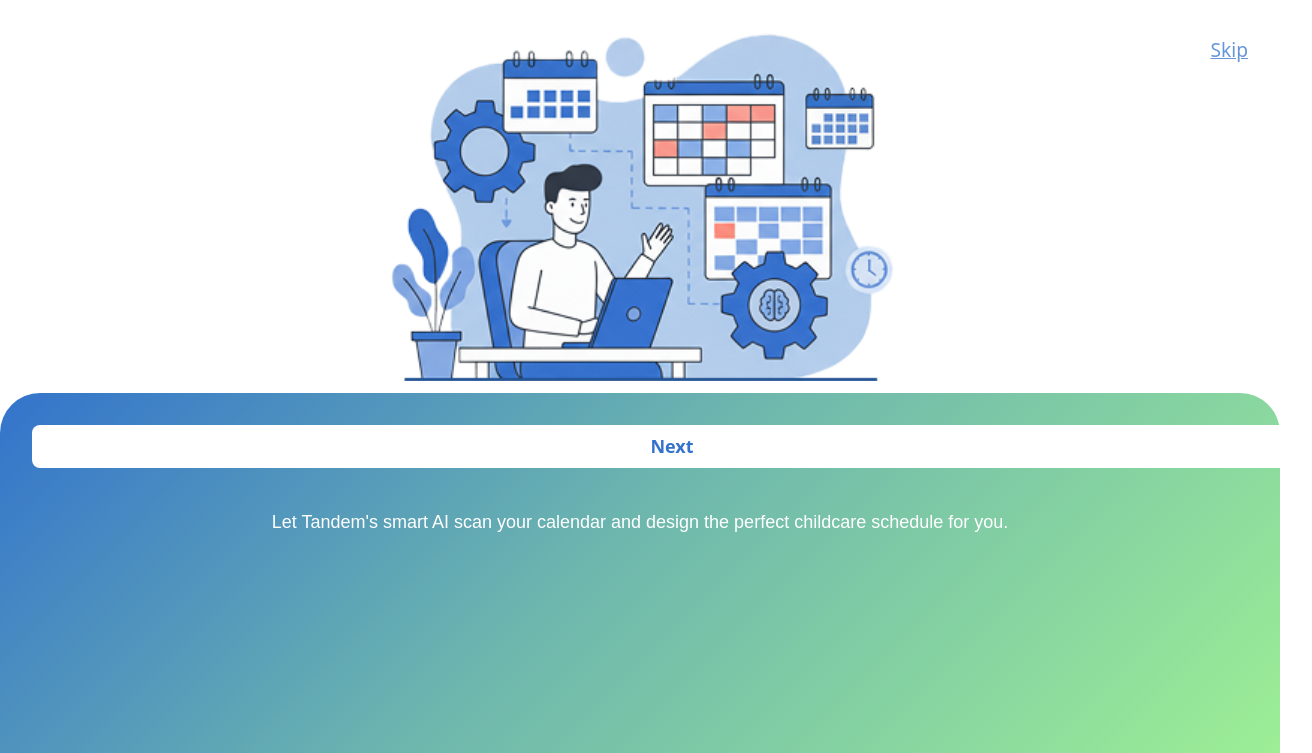
Repository: IDSP-TRADECARE/Tandem
Page: /boarding/features
The author's editor kept a copy of each file at every save. The page is drawn from the files as they stood at one save, then again after the next save.
The browser window is 1280 px wide. The page is 1312 px wide, so the pictures cover 1312 px, including what lies to the right of the window. The pictures show the whole page.
The page's requests for data from a server got no answer. Some web fonts or font styles are not loaded; a fallback is used. The project was rebuilt for these pictures with package versions that can differ from the ones it lists, and the page was loaded fresh each time. Some packages were replaced by stand-ins written for this rebuild. The framework's server and built-in components were replaced by stand-ins that run in the browser. No one was signed in, and anything a server would have sent is missing. Also part of the build but not shown: next.config.ts, src/app/components/auth/AuthGuard.tsx.

Above is the page before, as saved 2025-11-23 00:42:49.

After the next save:
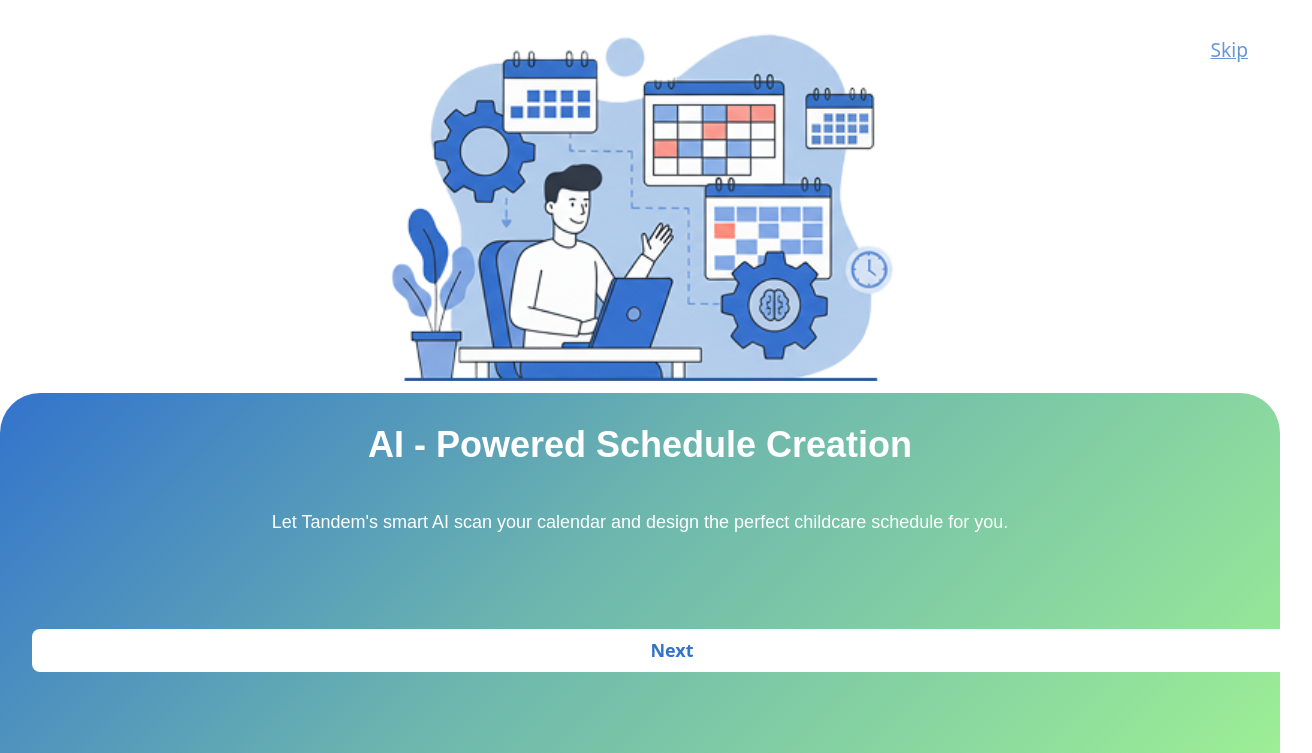
Saved 6 s later.
--- a/src/app/boarding/features/features.module.css
+++ b/src/app/boarding/features/features.module.css
@@ -109,6 +109,7 @@
     gap: 1rem;
     width: 100%;
     position: absolute;
+    bottom: 2rem;
     margin-bottom: 1rem;
 }
 
